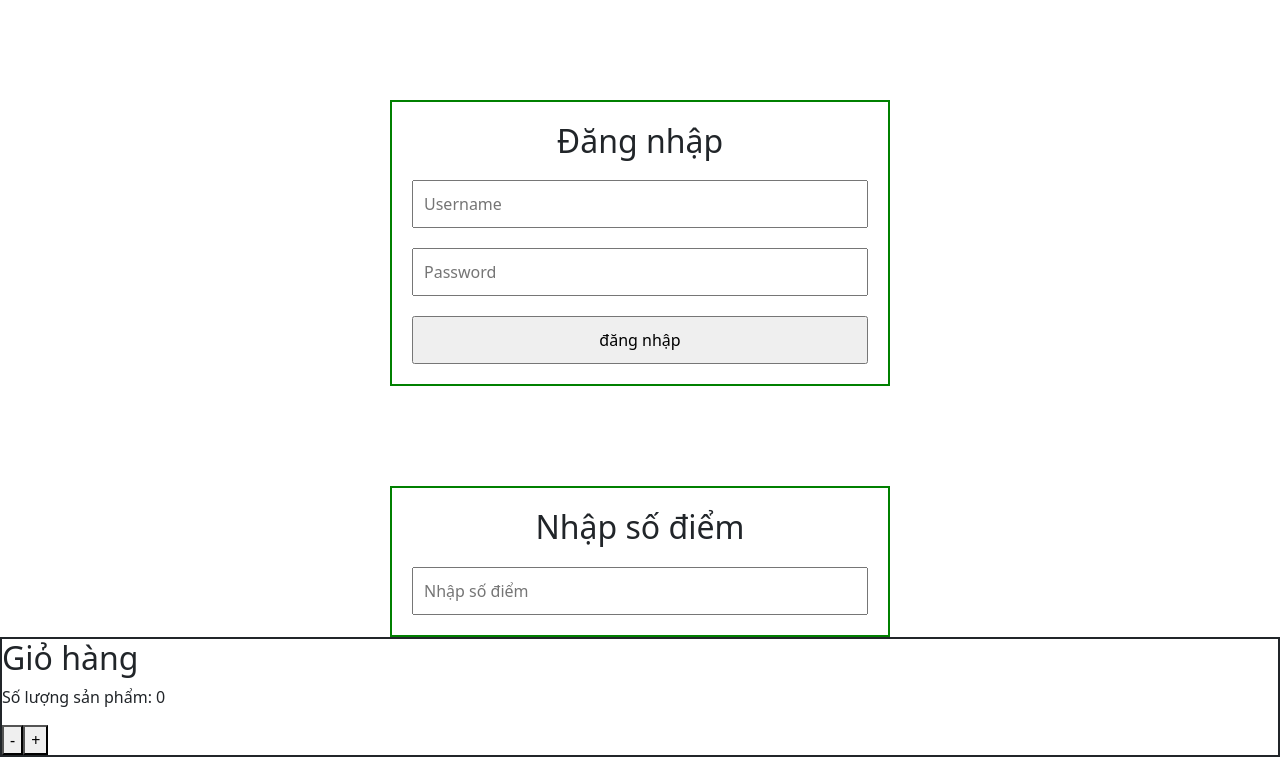
Repository: Phong-poor/frontendframework
Page: / (app in vue-lab-asm/)
These files come from the project's save history. The page is drawn as it stood at one moment and after a run of saves; the edit follows.
The browser window is 1280 px wide. The pictures show the whole page.
The project was rebuilt for these pictures with package versions that can differ from the ones it lists, and the page was loaded fresh each time. Also part of the build but not shown: vue-lab-asm/vite.config.js, vue-lab-asm/src/components/Lab1.vue, vue-lab-asm/src/components/product.vue, vue-lab-asm/src/components/Dangnhap.vue, vue-lab-asm/src/components/NotFound.vue, vue-lab-asm/src/components/Dangky.vue, vue-lab-asm/src/components/admin.vue, vue-lab-asm/src/components/admin-category.vue.

Above is the page before, as saved 2025-10-07 18:43:44.

After the next 2 saves:
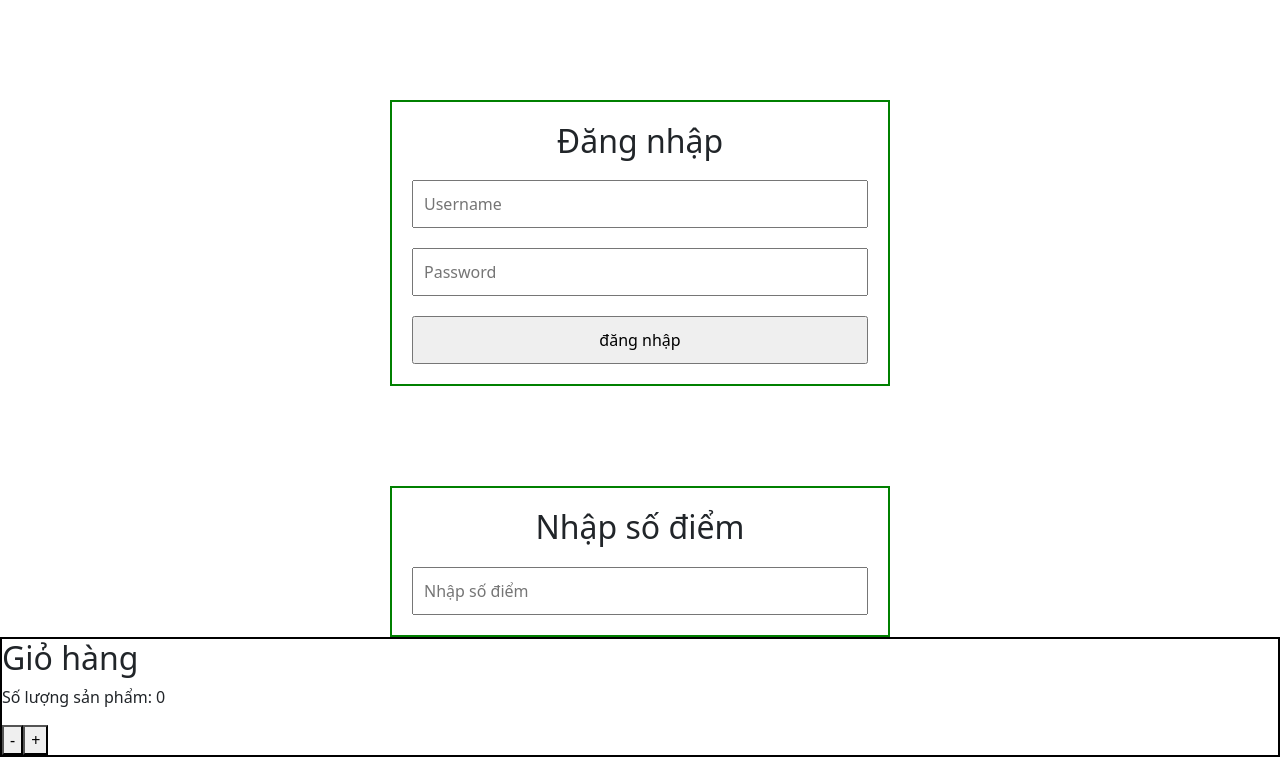
The 2 saves are shown as one change because they came seconds apart.
The last was saved 45 s later.
--- a/vue-lab-asm/src/components/Lab2.vue
+++ b/vue-lab-asm/src/components/Lab2.vue
@@ -101,6 +101,6 @@ form h2{
     color: red;
 }
 .Giohang{
-    border: 2px solid;
+    border: 2px solid black;
 }
 </style>
